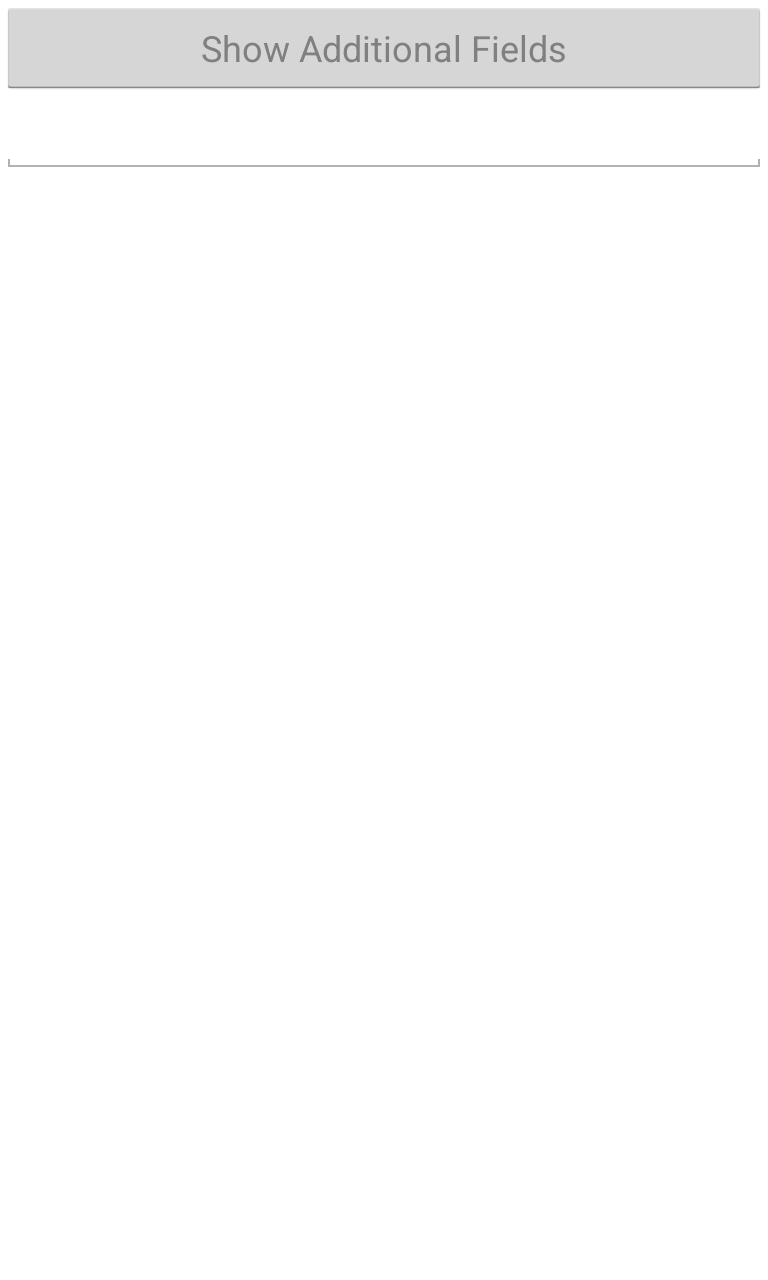
Repository: radupoenaru1992/Lab04
Layout: ContactsManager/res/layout/fragment_basic_details.xml
The author's editor kept a copy of each file at every save. The layout is drawn from the files as they stood at one save, then again after the next save.
It is drawn on a 768 x 1280 px phone screen (xhdpi) without system bars, with theme AppTheme; the app's code is not run.

Above is the layout before, as saved 2015-03-28 22:29:20.

### ContactsManager/res/layout/fragment_basic_details.xml
<?xml version="1.0" encoding="utf-8"?>
<LinearLayout xmlns:android="http://schemas.android.com/apk/res/android"
    android:layout_width="match_parent"
    android:layout_height="match_parent"
    android:orientation="vertical" >

    <Button
        android:layout_width="match_parent"
        android:layout_height="wrap_content"
        android:gravity="center"
        android:hint="@string/show"
        />

    <EditText
        android:layout_width="match_parent"
        android:layout_height="wrap_content"/>


</LinearLayout>

### ContactsManager/res/values/strings.xml
<?xml version="1.0" encoding="utf-8"?>
<resources>

    <string name="app_name">ContactsManager</string>
    <string name="action_settings">Settings</string>
    <string name="hello_world">Hello world!</string>

    <string name="show">Show Additional Fields</string>
    <string name="hide">Hide Additional Fields</string>

</resources>

Loaded but not shown: ContactsManager/res/values/styles.xml (common file); ContactsManager/res/values-v11/styles.xml (common file); ContactsManager/res/values-v14/styles.xml (common file)

After the next save:
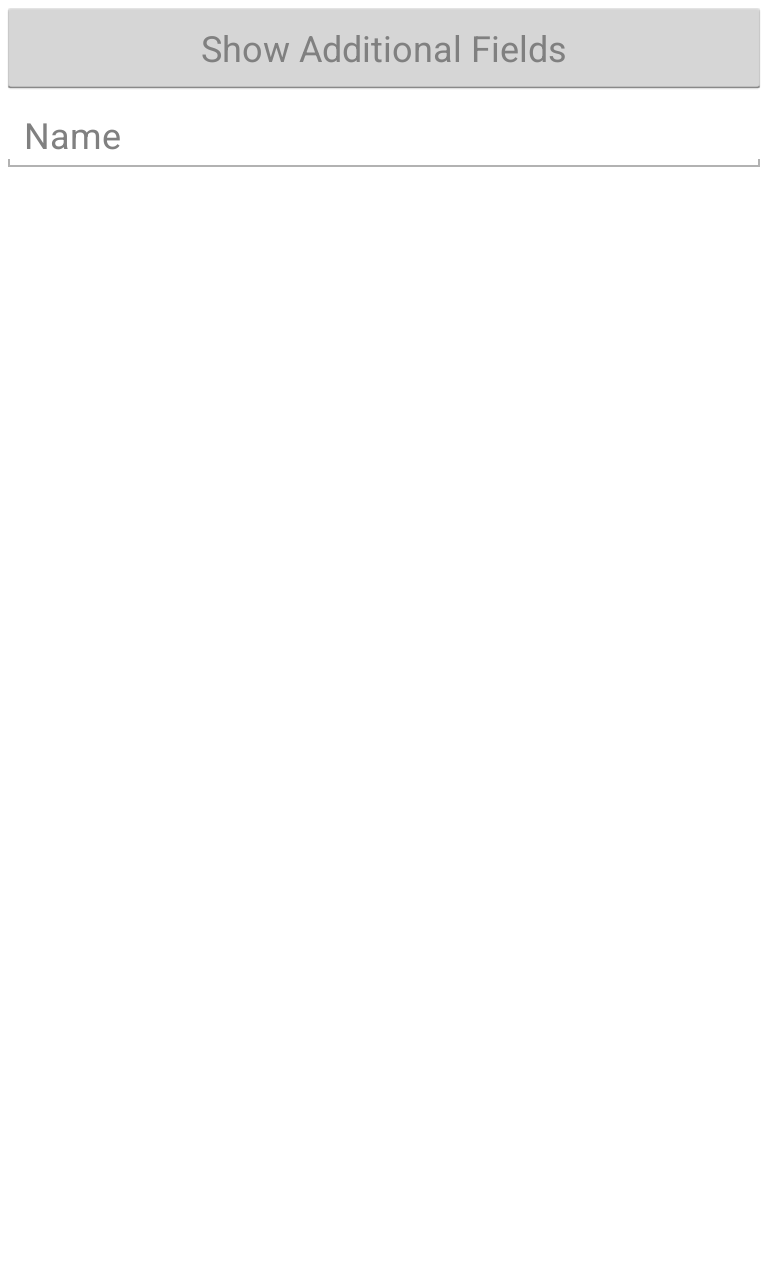
Saved 13 s later.
--- a/ContactsManager/res/layout/fragment_basic_details.xml
+++ b/ContactsManager/res/layout/fragment_basic_details.xml
@@ -13,7 +13,8 @@
 
     <EditText
         android:layout_width="match_parent"
-        android:layout_height="wrap_content"/>
+        android:layout_height="wrap_content"
+        android:hint="Name"/>
 
 
 </LinearLayout>
